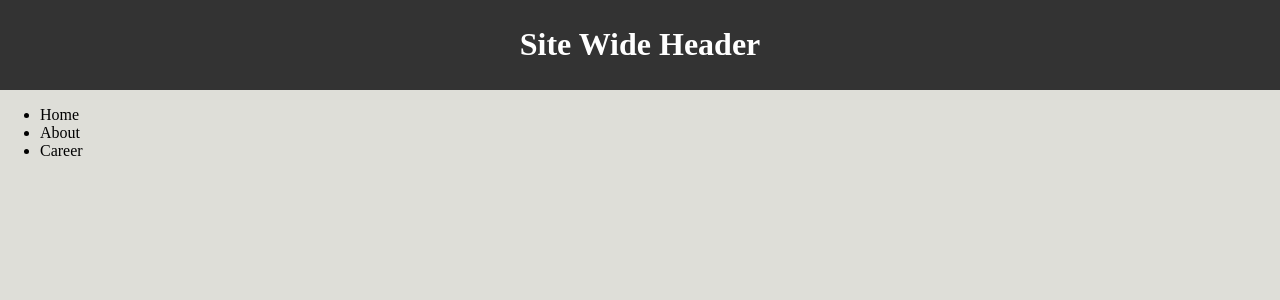
Repository: ayeza-baseer/AssignmentFlexbox
Page: assignment.html
The author's editor kept a copy of each file at every save. The page is drawn from the files as they stood at one save, then again after the next save.
The browser window is 1280 px wide. The pictures show the whole page.

Above is the page before, as saved 2023-03-17 13:33:53.

After the next save:
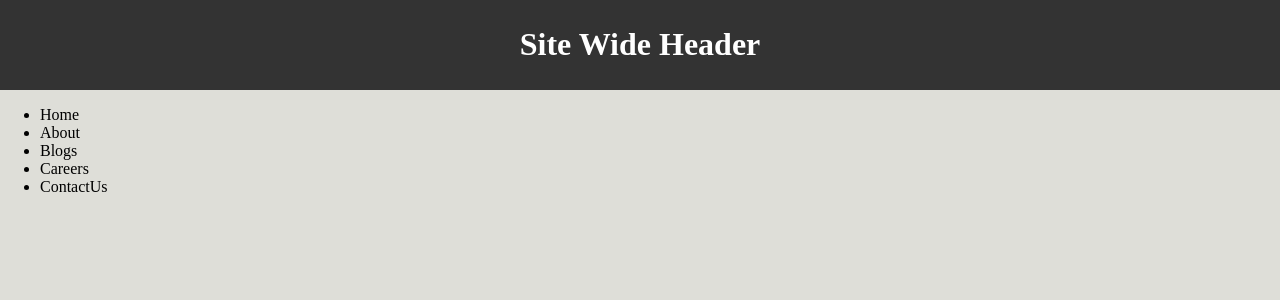
Saved 52 s later.
--- a/assignment.html
+++ b/assignment.html
@@ -15,7 +15,9 @@
         <ul class="container">
             <li>Home</li>
             <li>About</li>
-            <li>Career</li>
+            <li>Blogs</li>
+            <li>Careers</li>
+            <li>ContactUs</li>
         </ul>
     </nav>
 
